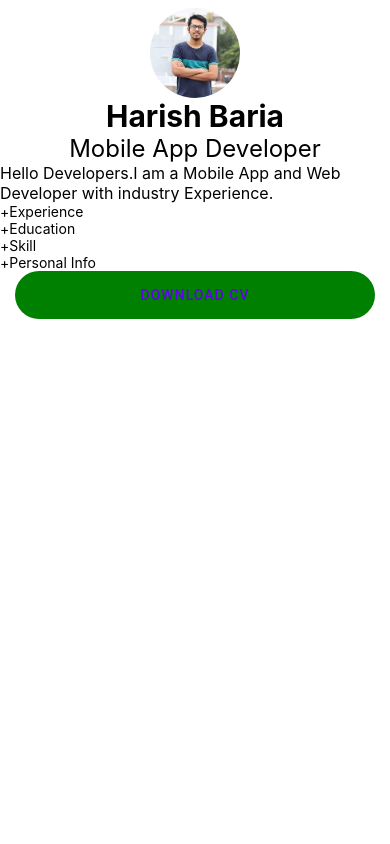
Repository: harishbariya/React-Native-ui-desiign
Screen: /
The author's editor kept a copy of each file at every save. The screen is drawn from the files as they stood at one save, then again after the next save.
The app was drawn by React Native's web renderer in a window 390 px wide. The project was rebuilt for these pictures with package versions that can differ from the ones it lists, and the page was loaded fresh each time.

Above is the screen before, as saved 2021-11-17 15:01:22.

### App.js
import React, { Component } from 'react';
import {View,Text,StyleSheet,Image} from 'react-native';
import {Button} from "react-native-paper";



const QulityPar=(props)=>{
  return(
    <View style={{flexDirection:"row"}}>
    <Text>+</Text>
    <Text>{props.name}</Text>
  </View>

  );
}

class App extends Component
{
  render()
  {
    return(
      <View style={styles.display}>
      <Image style={{alignSelf:"center",marginTop:8,borderRadius:1000}}source={{uri:"data:[embedded picture, 9311 characters]"
      ,width:90,height:90}}/>
        <Text style={[styles.textstyles,{color:"#000",fontSize:30,fontWeight:"bold"}]}>Harish Baria</Text>
        <Text style={[styles.textstyles,{fontSize:24}]}>Mobile App Developer</Text>
      <Text style={{color:"#000",fontSize:16,textAlign:"auto"}}>Hello Developers.I am a Mobile App and Web Developer with industry Experience.</Text>


      <View>

       <QulityPar name="Experience"/>
       <QulityPar name="Education"/>
       <QulityPar name="Skill"/>
       <QulityPar name="Personal Info"/>





          <View>
            <Button style={{backgroundColor:"green",padding:7,marginHorizontal:15,borderRadius:50}}>Download CV</Button>
          </View>
      </View>

      </View>
    );
  }
}

const styles=StyleSheet.create({

  display:{
    flex:1,
    flexDirection:"column",

  },
  textstyles:{
    color:"#000",
    textAlign:"center",
  }

})

export default App

After the next save:
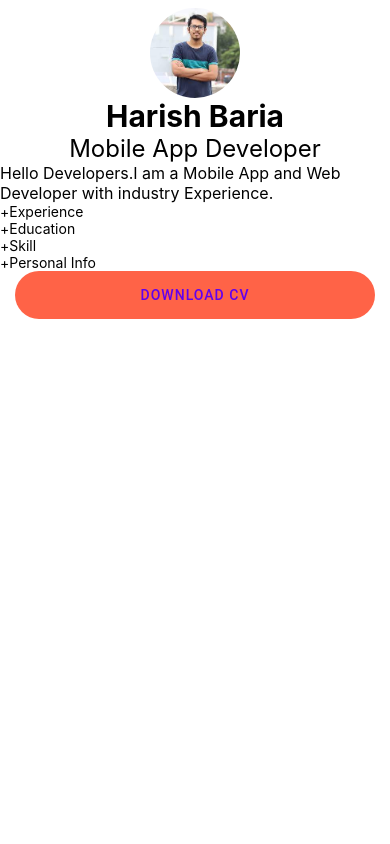
Saved 8 s later.
--- a/App.js
+++ b/App.js
@@ -39,7 +39,7 @@ class App extends Component
 
 
           <View>
-            <Button style={{backgroundColor:"green",padding:7,marginHorizontal:15,borderRadius:50}}>Download CV</Button>
+            <Button style={{backgroundColor:"tomato",padding:7,marginHorizontal:15,borderRadius:50}}>Download CV</Button>
           </View>
       </View>
 
